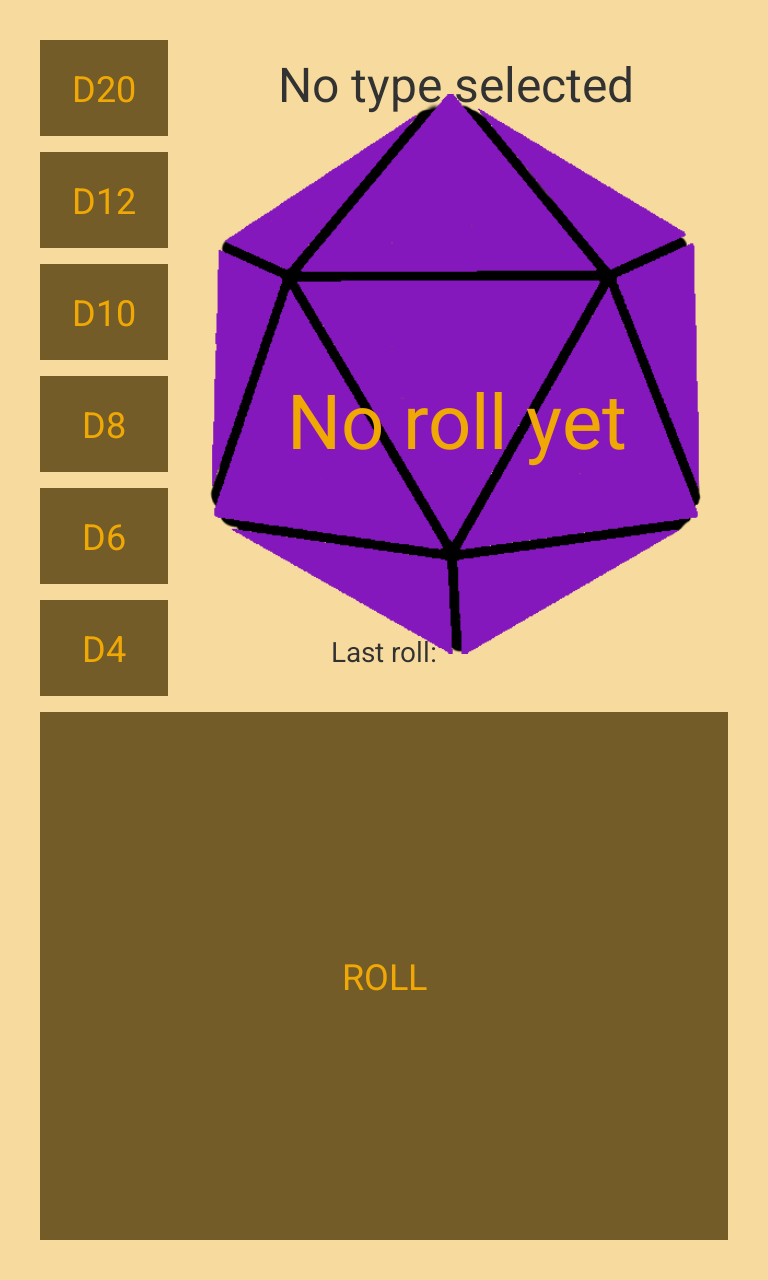
Repository: Bjodol/Roller
Layout: Roller3/res/layout/activity_main.xml
An editor plug-in stored every save of this project. The layout is shown before and after the next save, followed by the edit.
It is drawn on a 768 x 1280 px phone screen (xhdpi) without system bars, with theme AppTheme; the app's code is not run. The app's manifest (not shown) leaves right-to-left support off. So textAlignment, textDirection and layoutDirection are ignored, and left and right values win over start and end ones.

Above is the layout before, as saved 2013-08-31 09:55:17.

After the next save:
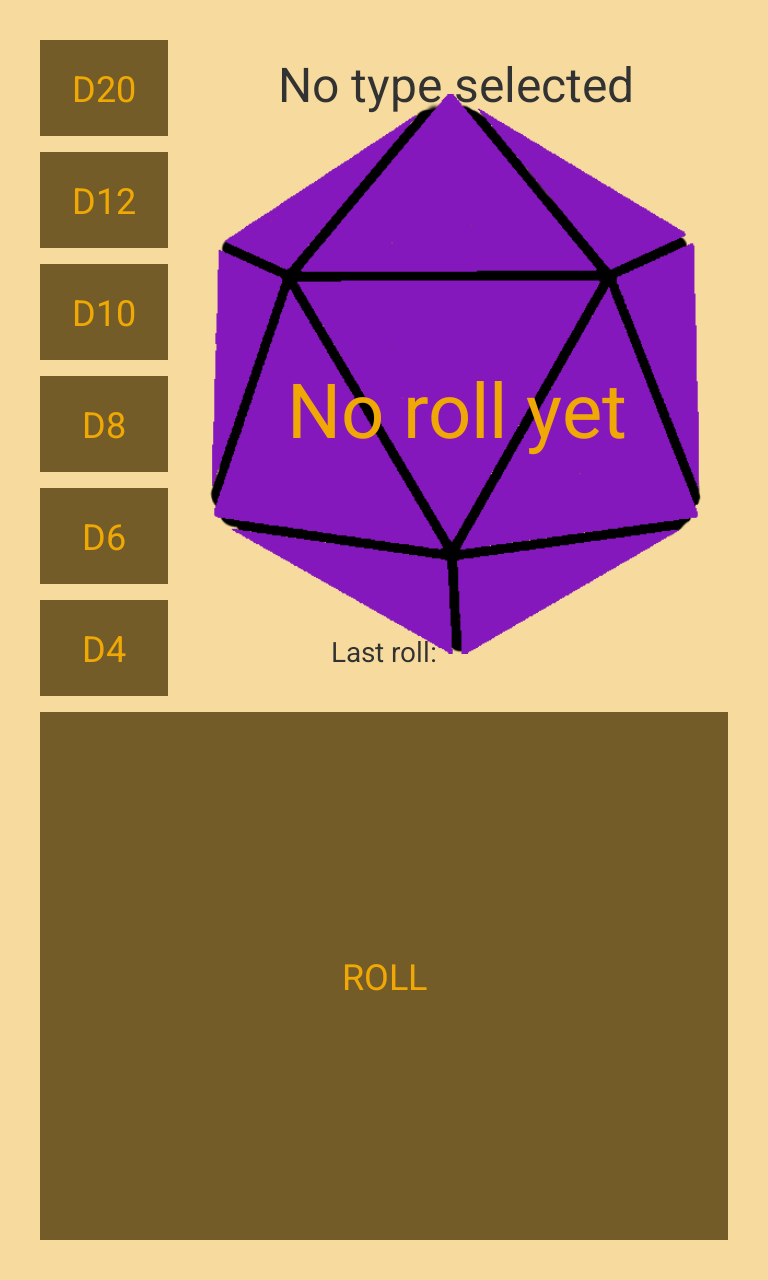
Saved 34 s later.
--- a/Roller3/res/layout/activity_main.xml
+++ b/Roller3/res/layout/activity_main.xml
@@ -119,7 +119,7 @@
         android:layout_height="wrap_content"
         android:gravity="center"
         android:layout_toRightOf="@id/d8"
-        android:layout_below="@id/d10"
+        android:layout_alignBaseline="@id/d8"
         android:layout_alignParentRight="true"
         android:text="@string/noRolls"
         android:textAlignment="center"
